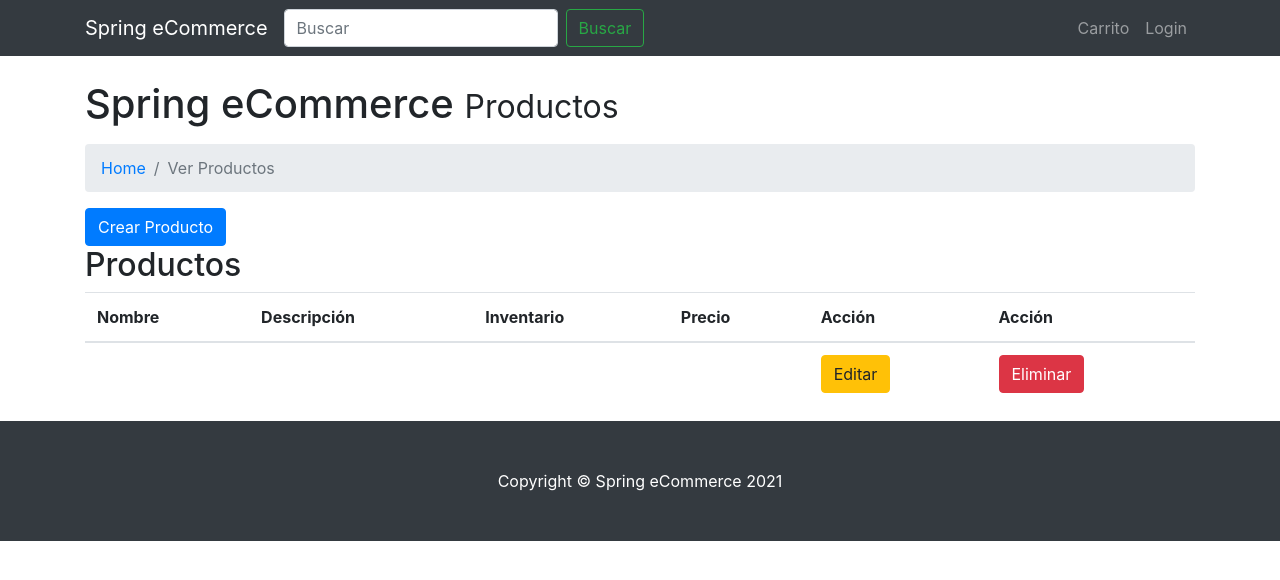
Repository: alexpool1122/Caso_Final_Laboratorio
Page: http://localhost/habitaciones
These files come from the project's save history. The page is drawn as it stood at one moment and after the next save; the edit follows.
The browser window is 1280 px wide. The pictures show the whole page.
The page is this project's Thymeleaf template; nobody is signed in. Other server files are loaded and not shown. The template is opened directly, without the code that normally fills it, so the values that code supplies are empty.

Above is the page before, as saved 2023-11-23 09:27:19.

### CasoFinal/src/main/resources/templates/habitaciones.html
<!DOCTYPE html>
<html xmlns="http://www.w3.org/1999/xhtml" xmlns:th="http://www.thymeleaf.org">

<head>
	<meta charset="utf-8">
	<meta name="viewport" content="width=device-width, initial-scale=1, shrink-to-fit=no">
	<meta name="description" content="">
	<meta name="author" content="">
	<title>Habitaciones</title>

	<link th:href="@{vendor/bootstrap/css/bootstrap.min.css}" rel="stylesheet">

	<link th:href="@{css/heroic-features.css}" rel="stylesheet">

</head>

<body>

	  <div th:include="templado_header_footer.html::header"></div>

	<!-- Page Content -->
	<div class="container">


		<!-- Page Heading/Breadcrumbs -->
		<h1 class="mt-4 mb-3">
			Spring eCommerce <small>Productos</small>
		</h1>

		<ol class="breadcrumb">
			<li class="breadcrumb-item"><a href="index.html">Home</a></li>
			<li class="breadcrumb-item active">Ver Productos</li>
		</ol>

		<a class="btn btn-primary" href="#"> Crear Producto</a>
		<h2>Productos</h2>
		<table class="table">
			<thead>
				<tr>
					<th scope="col">Nombre</th>
					<th scope="col">Descripción</th>
					<th scope="col">Inventario</th>
					<th scope="col">Precio</th>
					<th scope="col">Acción</th>
					<th scope="col">Acción</th>
				</tr>
			</thead>
			<tbody>
				<tr>
					<td></td>
					<td></td>
					<td></td>
					<td></td>
					<td><a class="btn btn-warning" href="">Editar</a> </td>
					<td><a class="btn btn-danger" href="">Eliminar</a> </td>
				</tr>
			</tbody>
		</table>

	</div>
	<!-- /.container -->

	  <div th:include="templado_header_footer.html::footer"></div>


	<script th:src="@{vendor/jquery/jquery.min.js}"></script>
    <script th:src="@{vendor/bootstrap/js/bootstrap.bundle.min.js}"></script>
</body>

</html>

### CasoFinal/src/main/resources/templates/templado_header_footer.html
<!DOCTYPE html>
<html xmlns="http://www.w3.org/1999/xhtml" xmlns:th="http://www.thymeleaf.org">

<head>
	<meta charset="utf-8">
	<meta name="viewport" content="width=device-width, initial-scale=1, shrink-to-fit=no">
	<meta name="description" content="">
	<meta name="author" content="">
	<title>Reservas</title>

	<link th:href="@{vendor/bootstrap/css/bootstrap.min.css}" rel="stylesheet">

	<link th:href="@{css/heroic-features.css}" rel="stylesheet">

</head>

<body>

	<div th:fragment="header">
		<nav class="navbar navbar-expand-lg navbar-dark bg-dark fixed-top">
			<div class="container">
				<a class="navbar-brand" href="#">Spring eCommerce</a>

				<form class="form-inline my-2 my-lg-0" method="post" action="#">
					<input class="form-control mr-sm-2" type="search" placeholder="Buscar" aria-label="Search"
						name="nombre" autocomplete="off">
					<button class="btn btn-outline-success my-2 my-sm-0" type="submit">Buscar</button>
				</form>


				<button class="navbar-toggler" type="button" data-toggle="collapse" data-target="#navbarResponsive"
					aria-controls="navbarResponsive" aria-expanded="false" aria-label="Toggle navigation">
					<span class="navbar-toggler-icon"></span>
				</button>
				<div class="collapse navbar-collapse" id="navbarResponsive">
					<ul class="navbar-nav ml-auto">
						<li class="nav-item"><a class="nav-link" href="carrito.html">Carrito</a></li>
						<li class="nav-item"><a class="nav-link" href="login.html">Login</a></li>
					</ul>
				</div>
			</div>
		</nav>
	</div>

	<div th:fragment="footer">
		<footer class="py-5 bg-dark">
			<div class="container">
				<p class="m-0 text-center text-white">Copyright &copy; Spring eCommerce 2021</p>
			</div>

		</footer>
	</div>
	<script th:src="@{vendor/jquery/jquery.min.js}"></script>
	<script th:src="@{vendor/bootstrap/js/bootstrap.bundle.min.js}"></script>

</body>

</html>

Loaded but not shown: CasoFinal/src/main/resources/static/css/heroic-features.css (common file)

After the next save:
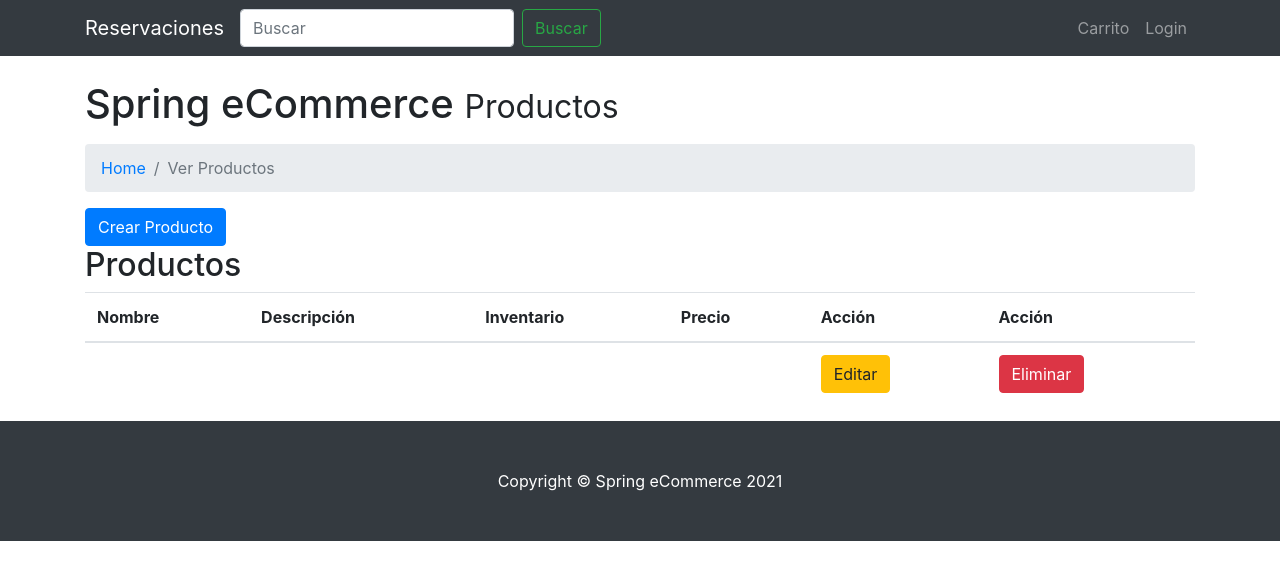
Saved 12 s later.
--- a/CasoFinal/src/main/resources/templates/templado_header_footer.html
+++ b/CasoFinal/src/main/resources/templates/templado_header_footer.html
@@ -19,7 +19,7 @@
 	<div th:fragment="header">
 		<nav class="navbar navbar-expand-lg navbar-dark bg-dark fixed-top">
 			<div class="container">
-				<a class="navbar-brand" href="#">Spring eCommerce</a>
+				<a class="navbar-brand" href="#">Reservaciones</a>
 
 				<form class="form-inline my-2 my-lg-0" method="post" action="#">
 					<input class="form-control mr-sm-2" type="search" placeholder="Buscar" aria-label="Search"
